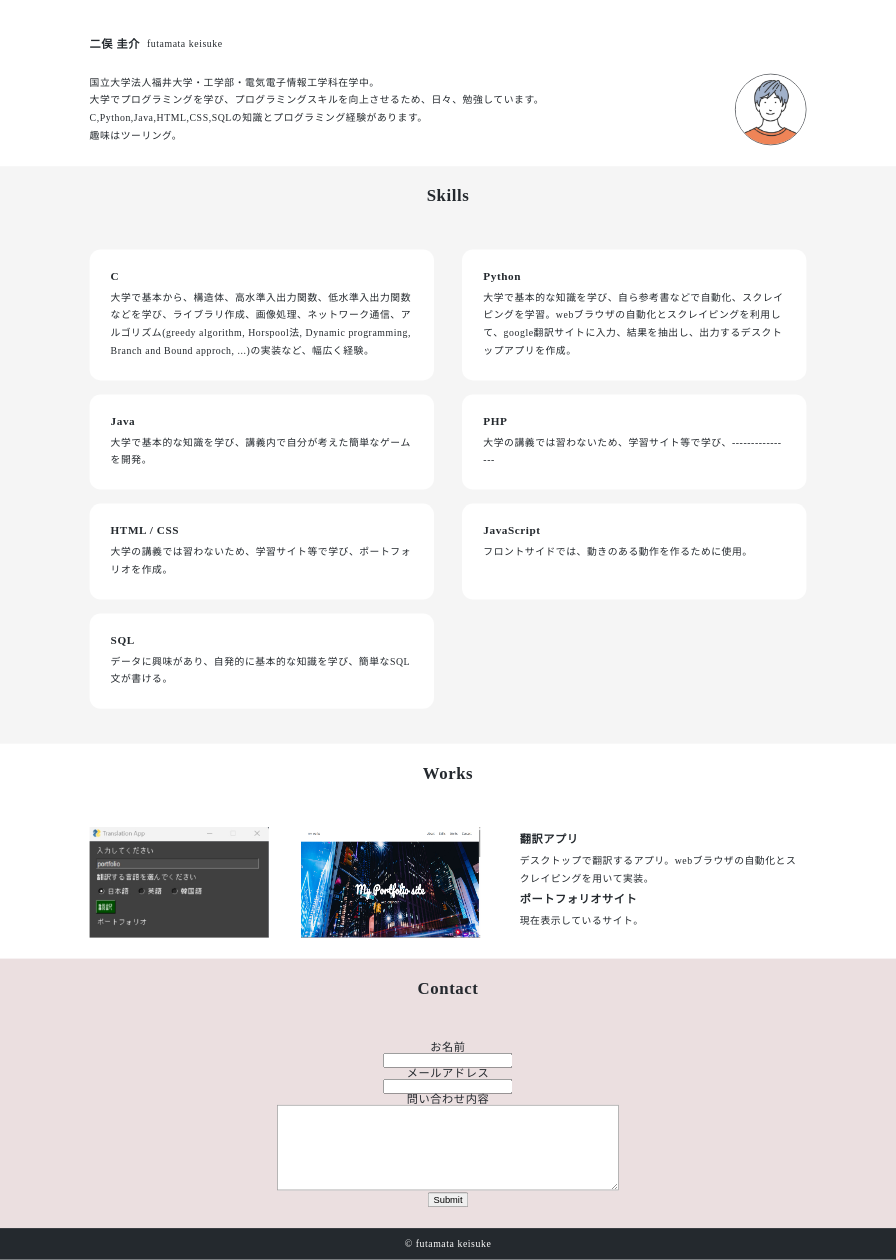
Repository: F-ksk/portfolio
Page: index.html
An editor plug-in stored every save of this project. The page is shown before and after the next save, followed by the edit.
The browser window is 1280 px wide. The pictures show the part of the page from y = 698 to 2618 px (the page is 2498 px tall before and 2618 px after), at 70% of full size.

Above is the page before, as saved 2023-06-29 23:41:36.

After the next save:
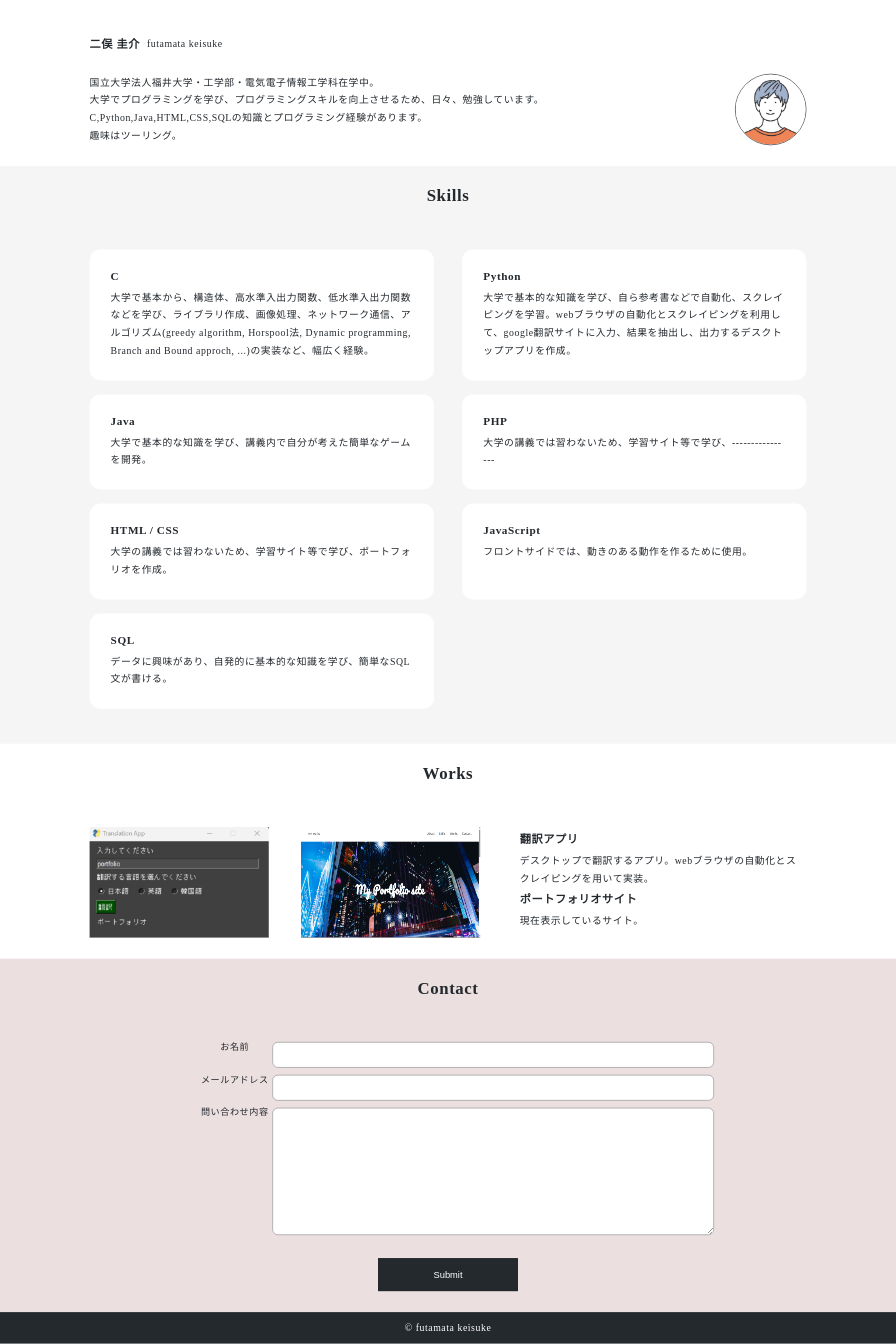
Saved 32 s later.
--- a/css/style.css
+++ b/css/style.css
@@ -170,36 +170,50 @@ section {
     margin: 0 auto;
 }
 
-input[type="name"]{
+#contact dl {
+    display: flex;
+    flex-wrap: wrap;
+    margin-bottom: 20px;
+}
+
+#contact dt {
+    width: 15%;
+    font-size: 13px;
+}
+
+#contact dd {
+    width: 85%;
+    margin-bottom: 10px;
+}
+
+#contact dd input,
+#contact dd textarea {
+    width: 100%;
+    border: solid 1px #999999;
     padding: 10px;
-    width: 65%;
-    color:#999;
-    border:1px solid #999;
-}
-
-input[type="email"]{
-    padding: 10px;
-    width: 65%;
-    color:#999;
-    border:1px solid #999;
-}
-
-textarea{
-    padding: 10px;
-    height: 100px;
-    color:#999;
-    font-size: 14px;
-    width: 65%;
-    border:1px solid #999;
-}
-
-button{
-    background: #5250e0;
-    color: white;
-    font-size:16px;
-    font-weight:bold;
-    padding: 10px 20px;
-    margin: 0 5px;
+    background-color: #fff;
+    border-radius: 8px;
+}
+
+#contact dd textarea {
+    height: 10rem;
+}
+
+#contact .button {
+    text-align: center;
+}
+
+#contact .button input {
+    width: 200px;
+    background-color: #24292e;
+    color: #fff;
+    padding: 15px 0;
+    border: solid 1px #24292e;
+}
+
+#contact .button input:hover {
+    background: #fff;
+    color: #24292e;
 }
 
 footer {
